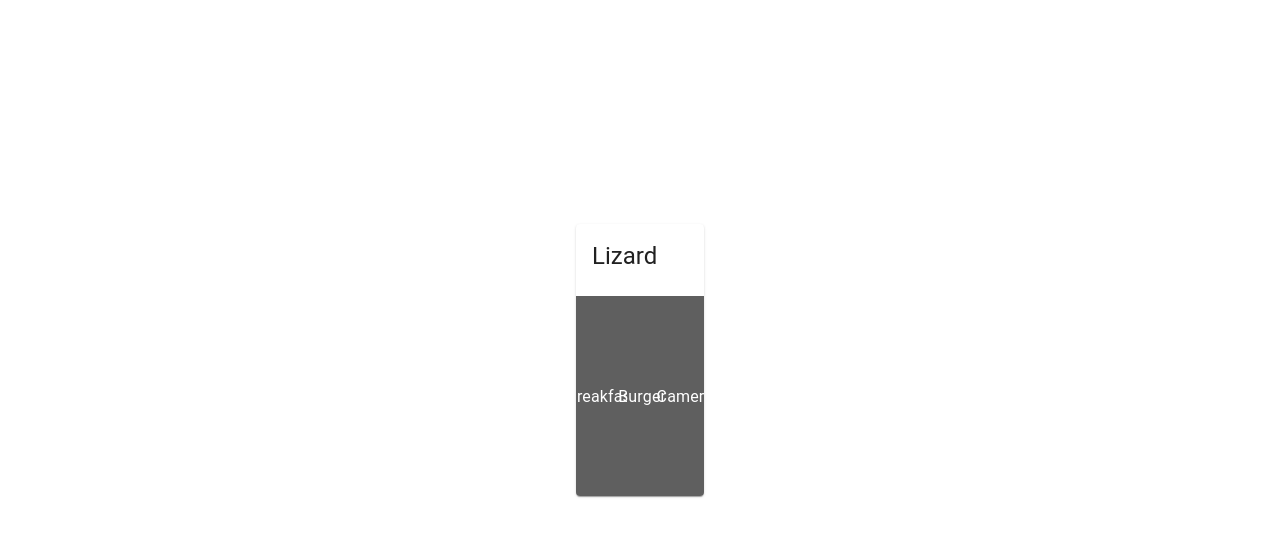
Repository: watthananick1/petstory
Page: /
An editor plug-in stored every save of this project. The page is shown before and after a run of saves, followed by the edit.
The browser window is 1280 px wide. The pictures show the whole page.
Pictures or frames that could not be fetched are drawn as grey boxes. The project was rebuilt for these pictures with package versions that can differ from the ones it lists, and the page was loaded fresh each time.

Above is the page before, as saved 2023-03-25 13:54:11.

After the next 2 saves:
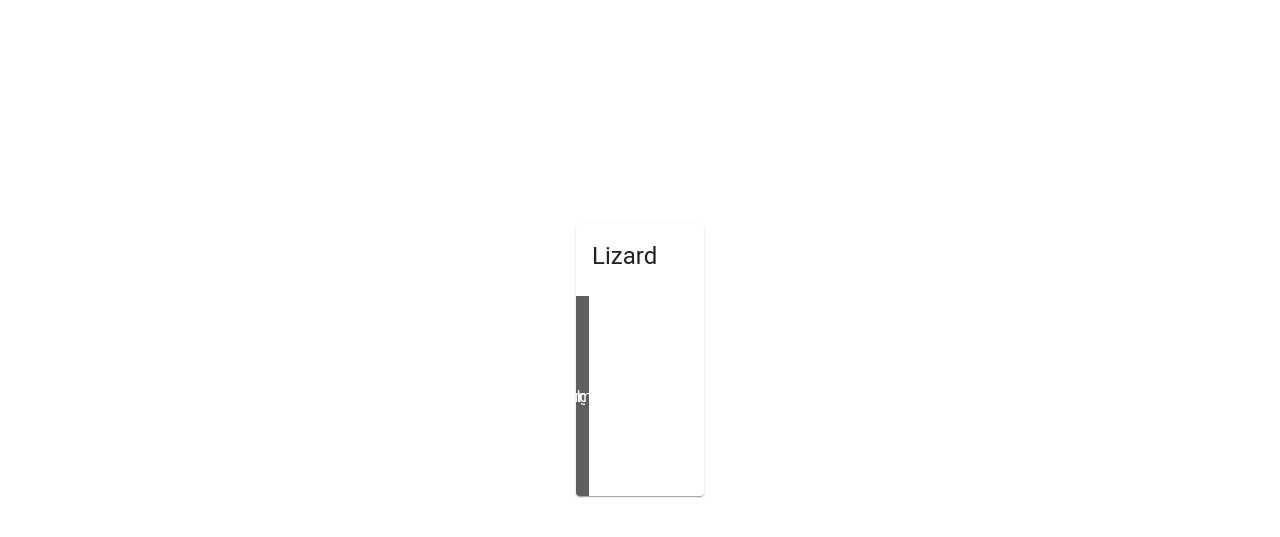
The 2 saves are shown as one change because they came seconds apart.
The last was saved 53 s later.
--- a/src/components/card-type-pet/card-type-pet.tsx
+++ b/src/components/card-type-pet/card-type-pet.tsx
@@ -96,7 +96,7 @@
                         Lizard
                     </Typography>
                 </CardContent>
-                <Box sx={{ display: 'flex', flexWrap: 'wrap',minWidth: '10%', width: '100%' }}>
+                <Box sx={{ display: 'flex', flexWrap: 'wrap',maxWidth: '10%', width: '100%' }}>
                     {images.map((image) => (
                         <ImageButton
                             focusRipple

After the save that followed:
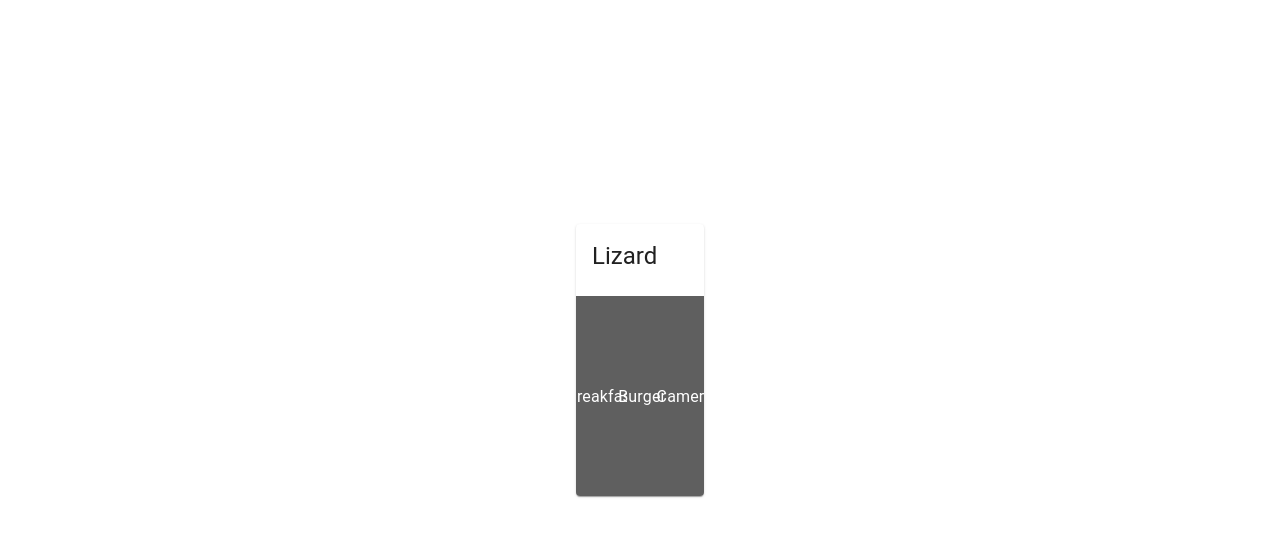
Saved 4 s later.
--- a/src/components/card-type-pet/card-type-pet.tsx
+++ b/src/components/card-type-pet/card-type-pet.tsx
@@ -96,7 +96,7 @@
                         Lizard
                     </Typography>
                 </CardContent>
-                <Box sx={{ display: 'flex', flexWrap: 'wrap',maxWidth: '10%', width: '100%' }}>
+                <Box sx={{ display: 'flex', flexWrap: 'wrap',maxWidth: '100%', width: '100%' }}>
                     {images.map((image) => (
                         <ImageButton
                             focusRipple
